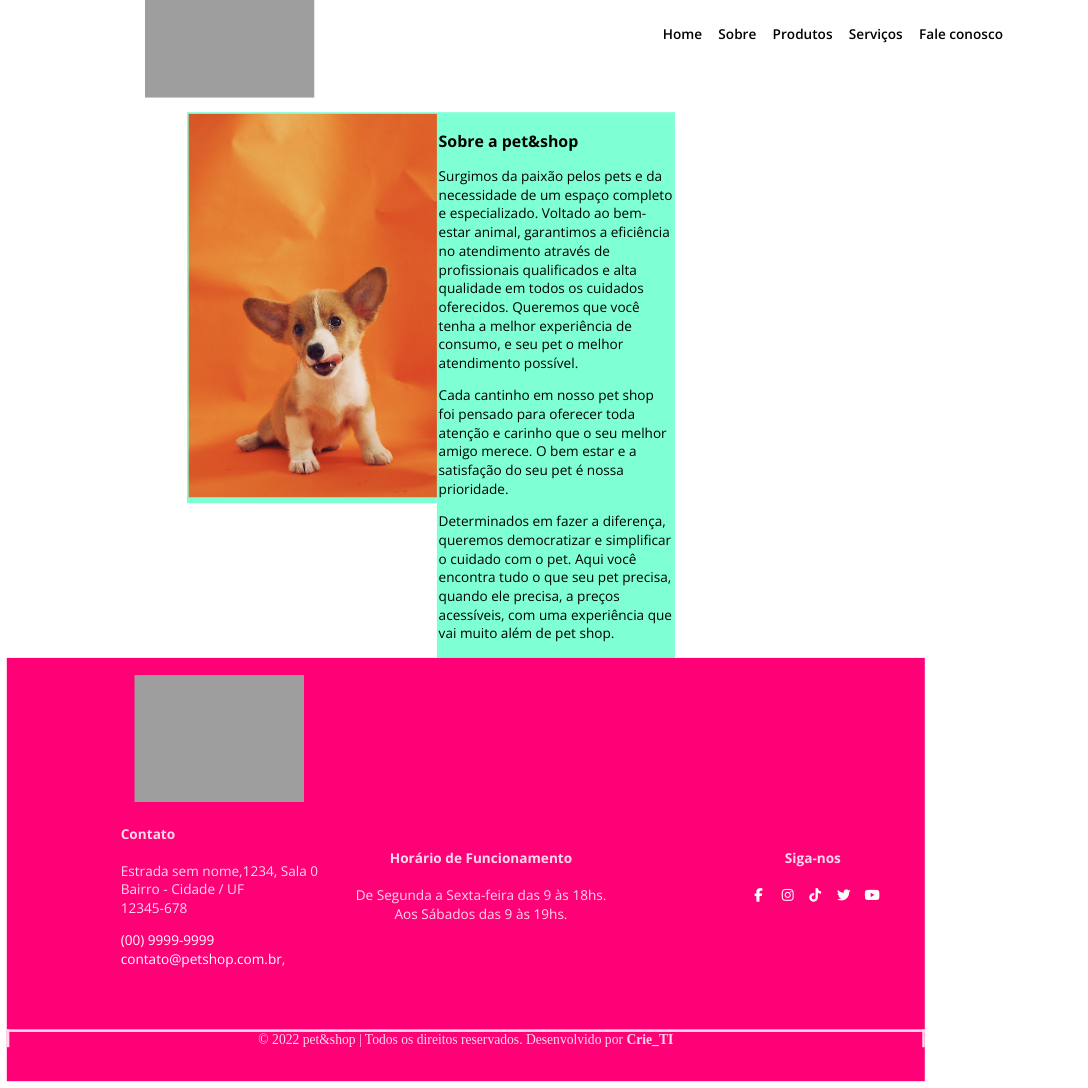
Repository: Iluiscarlos/Projeto-Site-PetShop
Page: About.html
The author's editor kept a copy of each file at every save. The page is drawn from the files as they stood at one save, then again after the next save.
The browser window is 1280 px wide. The pictures show the whole page, at 85% of full size.
Pictures or frames that could not be fetched are drawn as grey boxes. Some web libraries are served in a nearby version.

Above is the page before, as saved 2022-04-24 19:30:54.

After the next save:
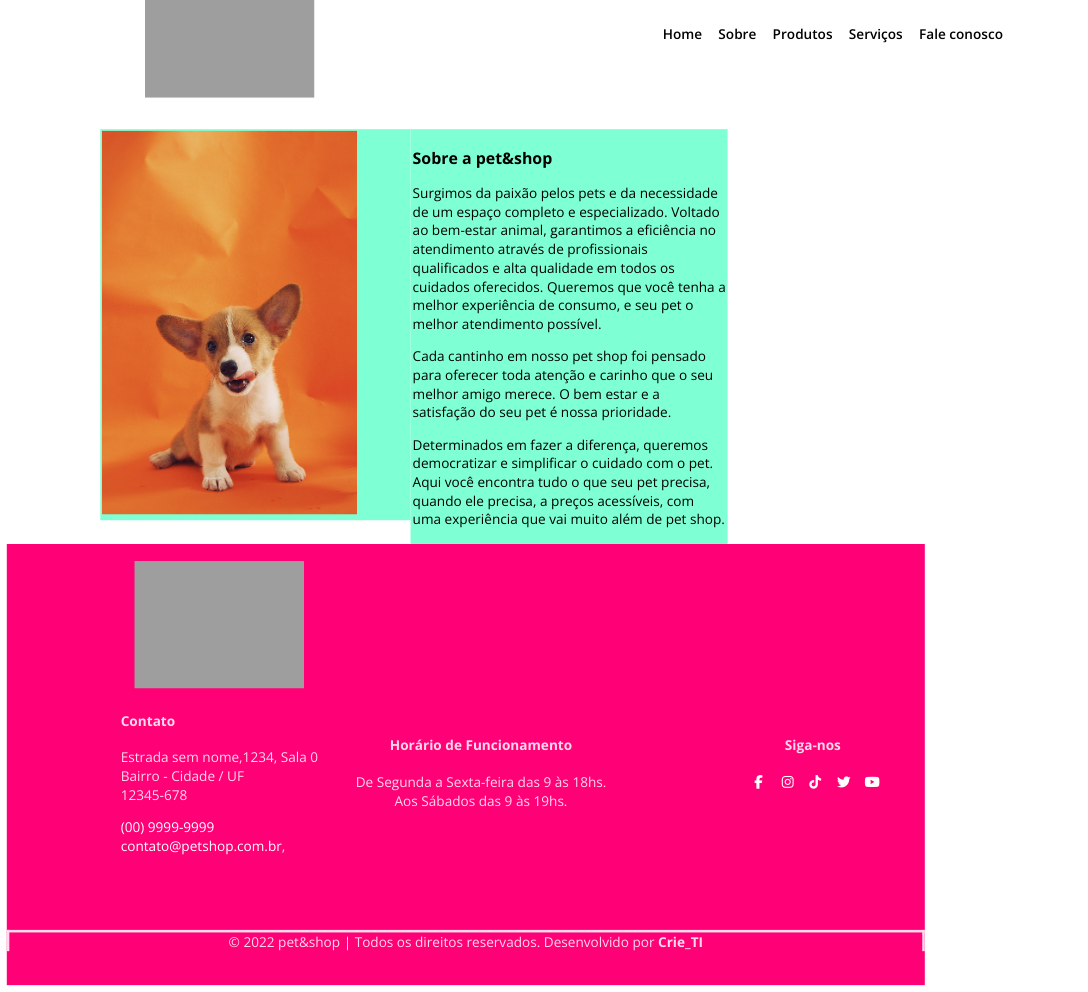
Saved 47 s later.
--- a/About.html
+++ b/About.html
@@ -55,7 +55,7 @@
       text-decoration: none;
     }
     .row {
-      margin: -20px;
+      margin: 10px;
     }
 
     .column {
@@ -210,7 +210,6 @@
 </head>
 <body>
   <section class="font">
-      <div class="container">
     <header>
         <img class="logo" id="home" src="logo-colored.svg"><a href="#banner"></a>
     <nav class="navi">
